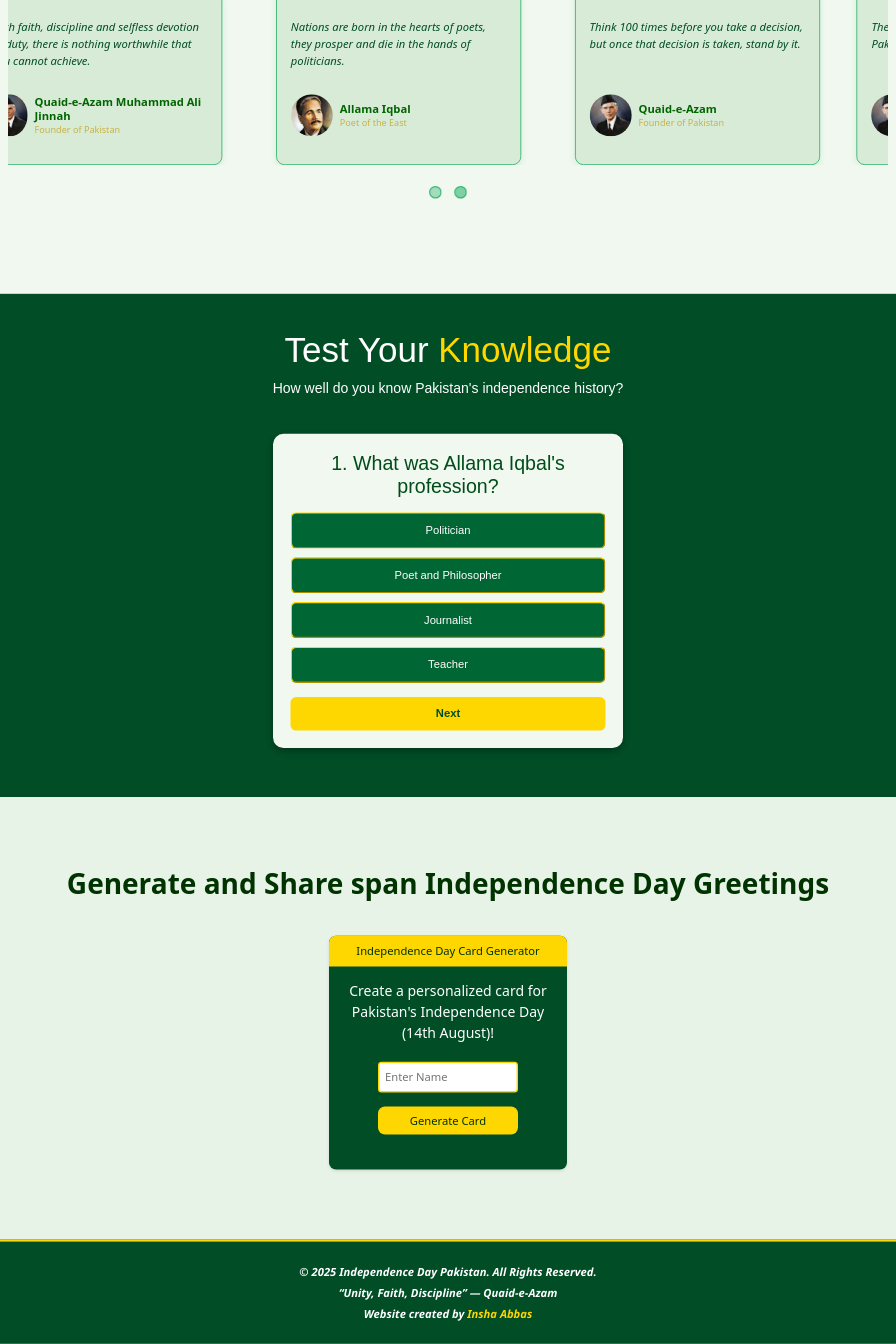
Repository: memonmuhammadali98/Pakistan-Independence-Day
Page: index.html
These files come from the project's save history. The page is drawn as it stood at one moment and after the next save; the edit follows.
The browser window is 1280 px wide. The pictures show the part of the page from y = 4434 to 6354 px (the page is 6354 px tall), at 70% of full size.

Above is the page before, as saved 2025-08-09 21:08:35.

### index.html
<!DOCTYPE html>
<html lang="en">

<head>
  <meta charset="UTF-8">
  <meta name="viewport" content="width=device-width, initial-scale=1.0">
  <title>Independence Day</title>
  <!-- External CSS -->
  <link rel="stylesheet" href="./style.css">
  <!-- Bootstrap CDN -->
  <link href="https://cdn.jsdelivr.net/npm/bootstrap@5.3.7/dist/css/bootstrap.min.css" rel="stylesheet"
    integrity="sha384-LN+7fdVzj6u52u30Kp6M/trliBMCMKTyK833zpbD+pXdCLuTusPj697FH4R/5mcr" crossorigin="anonymous">
  <script src="https://cdn.jsdelivr.net/npm/bootstrap@5.3.7/dist/js/bootstrap.bundle.min.js"
    integrity="sha384-ndDqU0Gzau9qJ1lfW4pNLlhNTkCfHzAVBReH9diLvGRem5+R9g2FzA8ZGN954O5Q"
    crossorigin="anonymous"></script>
    <!-- For PDF Download -->
    <script src="https://cdnjs.cloudflare.com/ajax/libs/jspdf/2.5.1/jspdf.umd.min.js"></script>
</head>

<body>
  <!-- Navbar Starts -->
  <nav class="navbar navbar-expand-lg navbar">
    <div class="container-fluid">
      <a class="navbar-brand" href="#">
        <img src="./Assets/logo-removebg-preview (1).png" alt="Logo" width="70px" height="50px">
      </a>
      <button class="navbar-toggler" type="button" data-bs-toggle="collapse" data-bs-target="#navbarSupportedContent"
        aria-controls="navbarSupportedContent" aria-expanded="false" aria-label="Toggle navigation">
        <span class="navbar-toggler-icon"></span>
      </button>
      <div class="collapse navbar-collapse" id="navbarSupportedContent">
        <ul class="navbar-nav me-auto ms-auto gap-5 mb-2 mb-lg-0 f-s-5">
          <li class="nav-item">
            <a class="nav-link active" aria-current="page" href="#">Home</a>
          </li>
          <li class="nav-item">
            <a class="nav-link active" href="#">About</a>
          </li>
          <li class="nav-item">
            <a class="nav-link active" aria-disabled="true">History</a>
          </li>
          <li class="nav-item">
            <a class="nav-link active" aria-disabled="true">Gallery</a>
          </li>
          <li class="nav-item">
            <a class="nav-link active" aria-disabled="true">Stories</a>
          </li>
        </ul>
        <form class="d-flex" role="search">
          <button class="btn" type="submit">Generate Card</button>
        </form>
      </div>
    </div>
  </nav>
  <!-- Navbar Ends -->

  <!-- HERO SECTION STARTS -->
  <section class="hero-section">
    <div class="hero-text">
      <h1>Celebrating Freedom Honoring <span style="color: gold;">Sacrifice</span></h1>
      <p>On this 14th August, let's remember the heroes who gave us independence and strive for a better Pakistan.</p>
      <button>Explore Our Journey</button>
    </div>
    <div class="hero-img">
      <img src="./Assets/hero-img.png" alt="Hero img" class="hero-img-1">
      <!-- <img src="./Assets/hero-img-2.png" alt="Hero img 2" class="Hero-img-2">
      <img src="./Assets/Hero-img-3.png" alt="Hero img 3" class="Hero-img-3"> -->
    </div>
  </section>
  <!-- HERO SECTION ENDS -->

  <!-- ABOUT SECTION STARTS -->
  <section class="about-section">
    <h2>About <span style="color: gold;">Pakistan</span></h2>
    <div class="about-container">
      <div class="about-img">
        <div class="flag-wrapper">
          <div class="flag">
            <div class="white-part"></div>
            <div class="green-part">
              <div class="crescent"></div>
              <div class="star"></div>
            </div>
          </div>
        </div>
      </div>
      <div class="about-text">
        <p>
          Pakistan is a country rich in history, culture, and natural beauty. From the majestic mountains of the north
          to the vast deserts in the south, it is a land of diversity and tradition. The people of Pakistan are known
          for their hospitality, resilience, and deep-rooted values. With a vision for progress and unity, Pakistan
          continues to grow while honoring its heritage and identity.
        </p>
      </div>
    </div>
  </section>
  <!-- ABOUT SECTION ENDS -->

  <!-- HISTORY SECTION STARTS -->
  <section class="history-section">
    <h2>Pakistan's Historical <span style="color: gold;">Journey</span></h2>
    <div class="timeline">

      <div class="timeline-item">
        <span class="year">1857 🔥</span>
        <h3>First War of Independence</h3>
        <p>The First War of Independence began, igniting the spark for freedom from British rule.</p>
      </div>

      <div class="timeline-item">
        <span class="year">1906 🕌</span>
        <h3>Formation of Muslim League</h3>
        <p>The All-India Muslim League was founded to represent Muslim interests in British India.</p>
      </div>

      <div class="timeline-item">
        <span class="year">1940 📜</span>
        <h3>Lahore Resolution</h3>
        <p>The Pakistan Resolution was passed in Lahore, demanding a separate homeland for Muslims.</p>
      </div>

      <div class="timeline-item">
        <span class="year">1947 🕊️</span>
        <h3>Independence of Pakistan</h3>
        <p>Pakistan gained independence on August 14 under the leadership of Quaid-e-Azam Muhammad Ali Jinnah.</p>
      </div>

      <div class="timeline-item">
        <span class="year">1956 📖</span>
        <h3>First Constitution</h3>
        <p>Pakistan became the Islamic Republic by adopting its first constitution on March 23.</p>
      </div>

      <div class="timeline-item">
        <span class="year">1965 ⚔️</span>
        <h3>Second War with India</h3>
        <p>Pakistan and India fought a war over Kashmir, ending with the Tashkent Agreement.</p>
      </div>

      <div class="timeline-item">
        <span class="year">1971 💔</span>
        <h3>Fall of Dhaka</h3>
        <p>The separation of East Pakistan led to the creation of Bangladesh after civil war.</p>
      </div>

      <div class="timeline-item">
        <span class="year">1973 🏛️</span>
        <h3>New Constitution</h3>
        <p>A new constitution was passed, establishing a parliamentary system in Pakistan.</p>
      </div>

      <div class="timeline-item">
        <span class="year">1998 💣</span>
        <h3>Nuclear Tests</h3>
        <p>Pakistan conducted successful nuclear tests in Chaghi, becoming the 7th nuclear power in the world.</p>
      </div>

    </div>
  </section>
  <!-- HISTORY SECTION ENDS -->

  <!-- NATIONAL HERO SECTION STARTS -->
   <section class="national-hero-section">
  <h2>National Heroes of <span style="color: gold;">Pakistan</span></h2>
  <div class="national-hero-cards">

    <div class="national-hero-card">
      <img src="assets/Quaid-img.jpeg" alt="Quaid-e-Azam">
      <h3>Quaid-e-Azam</h3>
      <p class="title">Founder of Pakistan</p>
      <p>Leader of the Pakistan Movement and the first Governor-General of Pakistan.</p>
    </div>

    <div class="national-hero-card">
      <img src="assets/Allama-Iqbal-img.webp" alt="Allama Iqbal">
      <h3>Allama Iqbal</h3>
      <p class="title">Poet of the East</p>
      <p>Visionary who dreamed of Pakistan and inspired the youth with his poetry.</p>
    </div>

    <div class="national-hero-card">
      <img src="assets/fatima-jinnah.jpg" alt="Fatima Jinnah">
      <h3>Fatima Jinnah</h3>
      <p class="title">Mother of the Nation</p>
      <p>Quaid-e-Azam's sister and a strong advocate for women's rights in Pakistan.</p>
    </div>

    <div class="national-hero-card">
      <img src="assets/Liaquat-Ali-Khan-img.jpg" alt="Allama Iqbal">
      <h3>Liaquat Ali Khan</h3>
      <p class="title">First Prime Minister</p>
      <p>He was the first Prime Minister of Pakistan and played a major role in early governance.</p>
    </div>

    <div class="national-hero-card">
      <img src="assets/Sir-Syed-Ahmed-Khan-img.webp" alt="Allama Iqbal">
      <h3>Sir Syed Ahmed Khan</h3>
      <p class="title">Muslim Reformer & Educator</p>
      <p>Founder of Aligarh Movement, he laid the foundation for modern Muslim education in the subcontinent.</p>
    </div>

    <div class="national-hero-card">
      <img src="assets/Abdul-Qadeer-Khan-img.webp" alt="Dr. Abdul Qadeer Khan">
      <h3>Dr. Abdul Qadeer Khan</h3>
      <p class="title">Father of Nuclear Program</p>
      <p>Key figure behind Pakistan's nuclear tests in 1998, ensuring national defense.</p>
    </div>

  </div>
</section>

<!-- Quote Section Starts -->
   <div class="quote-section container-xxl">
      <h2>Famous <span style="color: gold;">Quotes</span></h2>

  <div id="testimonialCarousel" class="carousel slide" data-bs-ride="carousel">

    <div class="carousel-inner" id="carouselContent"></div>

    <div class="carousel-indicators justify-content-center mt-3" id="carouselIndicators"></div>
  </div>


<div id="allTestimonialCards" class="d-none">

            <div class="testi-card-1">
      <div class="testi-para">
        <p>With faith, discipline and selfless devotion to duty, there is nothing worthwhile that you cannot achieve.</p>
      </div>
      <div class="testi-intro">
        <img src="./Assets/Quaid-img.jpeg" alt="pfp" class="testi-pfp">
        <div class="testi-intro-text">
          <h3>Quaid-e-Azam Muhammad Ali Jinnah</h3>
          <span style="color: rgb(198, 178, 68);;">Founder of Pakistan</span>
        </div>
      </div>

    </div>


          <div class="testi-card-1">
      <div class="testi-para">
        <p>Nations are born in the hearts of poets, they prosper and die in the hands of politicians.</p>
      </div>
      <div class="testi-intro">
        <img src="./Assets/Allama-Iqbal-img.webp" alt="pfp" class="testi-pfp">
        <div class="testi-intro-text">
          <h3>Allama Iqbal</h3>
          <span style="color: rgb(198, 178, 68);;">Poet of the East</span>
        </div>
      </div>
     </div>


          <div class="testi-card-1">
      <div class="testi-para">
        <p>Think 100 times before you take a decision, but once that decision is taken, stand by it.</p>
      </div>
      <div class="testi-intro">
        <img src="./Assets/Quaid-img.jpeg" alt="pfp" class="testi-pfp">
        <div class="testi-intro-text">
          <h3>Quaid-e-Azam</h3>
          <span style="color: rgb(198, 178, 68);;">Founder of Pakistan</span>
        </div>
      </div>
     </div>


          <div class="testi-card-1">
      <div class="testi-para">
        <p>There is no power on earth that can undo Pakistan.</p>
      </div>
      <div class="testi-intro">
        <img src="./Assets/Quaid-img.jpeg" alt="pfp" class="testi-pfp">
        <div class="testi-intro-text">
          <h3>Muhammad Ali Jinnah</h3>
          <span style="color: rgb(198, 178, 68);">Founder of Pakistan</span>
        </div>
      </div>
     </div>
</div>
</div>
 <!-- Quote Section Ends -->

<!-- Quiz Section Starts -->
  <section class="quiz-section">
  <div class="quiz-container">
    <h2>Test Your <span style="color: gold;">Knowledge</span></h2>
    <p>How well do you know Pakistan's independence history?</p>

    <div class="quiz-card">
      <h3 id="question">Question text</h3>
      <div id="options" class="options"></div>

      <button id="next-btn" class="next-btn">Next</button>
    </div>

    <div id="result-box" class="result-box hidden">
      <h3>Your Score: <span id="score"></span>/10</h3>
      <p id="remarks"></p>
      <input type="text" id="username" placeholder="Enter your name" />
      <button id="certificate-btn" class="next-btn">Download Certificate</button>
    </div>
  </div>
</section>
<!-- Quiz Section Ends -->

<!-- Card Section Starts -->
 <section class="card-section">
  <h2>Generate and Share span
    Independence Day Greetings</h2>
        <div class="generator-section">
            <div class="header">Independence Day Card Generator</div>
            <p>Create a personalized card for Pakistan's Independence Day (14th August)!</p>
            <input type="text" id="nameInput" placeholder="Enter Name" class="card-input">
            <button onclick="generateCard()" class="card-btn">Generate Card</button>
            <div class="cards-container" id="cardsContainer"></div>
        </div>
    </section>
<!-- Card Section Ends -->

<!-- Footer Section Starts -->
<footer class="footer">
  <div class="footer-container">
    <p>© 2025 Independence Day Pakistan. All Rights Reserved.</p>
    <p>“Unity, Faith, Discipline” — Quaid-e-Azam</p>
    <p>Website created by <strong style="color: gold;">Insha Abbas</strong></p>
  </div>
</footer>
<!-- Footer Section Ends -->













<!-- Famous Quotes Section Starts -->
  <script>
    <!-- Testimonial JS Starts -->
function getCardsPerSlide() {
  if (window.innerWidth >= 992) return 3; // large screen
  if (window.innerWidth >= 768) return 2; // medium
  return 1; // small
}

function buildCarousel() {
  const allCards = Array.from(document.querySelectorAll('#allTestimonialCards .testi-card-1'));
  const carouselInner = document.getElementById('carouselContent');
  const indicators = document.getElementById('carouselIndicators');
  const cardsPerSlide = getCardsPerSlide();

  carouselInner.innerHTML = '';
  indicators.innerHTML = '';

  let slides = [];

  if (cardsPerSlide === 3 && allCards.length === 4) {
    // Large screen: avoid solo card
    slides = [
      [0, 1, 2], // Slide 1
      [3, 0, 1]  // Slide 2
    ];
  } else {
    // Normal grouping
    for (let i = 0; i < allCards.length; i += cardsPerSlide) {
      const group = [];
      for (let j = 0; j < cardsPerSlide; j++) {
        const index = i + j;
        if (index < allCards.length) {
          group.push(index);
        }
      }
      slides.push(group);
    }
  }

  slides.forEach((group, slideIndex) => {
    const slide = document.createElement('div');
    slide.classList.add('carousel-item');
    if (slideIndex === 0) slide.classList.add('active');

    const row = document.createElement('div');
    row.classList.add('row', 'g-4' ,'justify-content-center');

    group.forEach(index => {
      const col = document.createElement('div');
      if (cardsPerSlide === 3) {
  col.className = 'col-lg-4';
} else if (cardsPerSlide === 2) {
  col.className = 'col-md-6';
} else {
  col.className = 'col-12 d-flex justify-content-center'; // ✅ fix for small screens
}
      col.appendChild(allCards[index].cloneNode(true));
      row.appendChild(col);
    });

    slide.appendChild(row);
    carouselInner.appendChild(slide);

    const dot = document.createElement('button');
    dot.setAttribute('type', 'button');
    dot.setAttribute('data-bs-target', '#testimonialCarousel');
    dot.setAttribute('data-bs-slide-to', slideIndex);
    dot.setAttribute('aria-label', `Slide ${slideIndex + 1}`);
    if (slideIndex === 0) {
      dot.classList.add('active');
      dot.setAttribute('aria-current', 'true');
    }
    indicators.appendChild(dot);
  });
}

window.addEventListener('DOMContentLoaded', buildCarousel);
window.addEventListener('resize', buildCarousel);
  </script>
<!-- Famous Quotes Section Ends -->

<!-- Quiz Section Starts -->
  <script>
    const questions = [
  { q: "What was Allama Iqbal's profession?", options: ["Politician", "Poet and Philosopher", "Journalist", "Teacher"], answer: 1 },
  { q: "When did Pakistan gain independence?", options: ["14 August 1947", "23 March 1940", "14 August 1950", "15 August 1947"], answer: 0 },
  { q: "Who was the founder of Pakistan?", options: ["Liaquat Ali Khan", "Allama Iqbal", "Muhammad Ali Jinnah", "Sir Syed Ahmed Khan"], answer: 2 },
  { q: "Which city is the capital of Pakistan?", options: ["Karachi", "Islamabad", "Lahore", "Quetta"], answer: 1 },
  { q: "What is the national language of Pakistan?", options: ["Punjabi", "Urdu", "Sindhi", "Pashto"], answer: 1 },
  { q: "What is Pakistan's national flower?", options: ["Rose", "Lily", "Jasmine", "Tulip"], answer: 2 },
  { q: "When was the first constitution of Pakistan enforced?", options: ["1956", "1949", "1973", "1962"], answer: 0 },
  { q: "Which sea borders Pakistan?", options: ["Red Sea", "Caspian Sea", "Arabian Sea", "Black Sea"], answer: 2 },
  { q: "Who was the first Prime Minister of Pakistan?", options: ["Liaquat Ali Khan", "Ayub Khan", "Zulfikar Ali Bhutto", "Yahya Khan"], answer: 0 },
  { q: "What is Pakistan's national sport?", options: ["Hockey", "Cricket", "Football", "Kabaddi"], answer: 0 }
];

let currentQ = 0;
let score = 0;
let selectedOption = null;

const questionEl = document.getElementById("question");
const optionsEl = document.getElementById("options");
const nextBtn = document.getElementById("next-btn");
const resultBox = document.getElementById("result-box");
const scoreEl = document.getElementById("score");
const remarksEl = document.getElementById("remarks");
const certificateBtn = document.getElementById("certificate-btn");

function loadQuestion() {
  const q = questions[currentQ];
  questionEl.textContent = `${currentQ + 1}. ${q.q}`;
  optionsEl.innerHTML = "";
  q.options.forEach((opt, index) => {
    const btn = document.createElement("button");
    btn.textContent = opt;
    btn.classList.add("option-btn");
    btn.onclick = () => selectOption(index, btn);
    optionsEl.appendChild(btn);
  });
}

function selectOption(index, button) {
  selectedOption = index;
  document.querySelectorAll(".option-btn").forEach(btn => btn.classList.remove("selected"));
  button.classList.add("selected");
}

nextBtn.onclick = () => {
  if (selectedOption === null) return alert("Please select an option!");
  if (selectedOption === questions[currentQ].answer) score++;
  selectedOption = null;
  currentQ++;
  if (currentQ < questions.length) {
    loadQuestion();
  } else {
    showResult();
  }
};

function showResult() {
  document.querySelector(".quiz-card").classList.add("hidden");
  resultBox.classList.remove("hidden");
  scoreEl.textContent = score;
  remarksEl.textContent = score >= 8 ? "Excellent! You know your history well!" :
                          score >= 5 ? "Good job! But there's more to learn." :
                          "Keep learning about Pakistan's history!";
}

certificateBtn.onclick = () => {
  const name = document.getElementById("username").value.trim();
  if (!name) return alert("Please enter your name!");
  generateCertificate(name, score);
};

function generateCertificate(name, score) {
  const { jsPDF } = window.jspdf;
  const doc = new jsPDF("landscape", "mm", "a4");

  // Colors
  const green = [0, 102, 51];
  const gold  = [255, 215, 0];
  const white = [255, 255, 255];

  // Page background
  doc.setFillColor(...green);
  doc.rect(0, 0, 297, 210, "F");

  // Gold border
  doc.setDrawColor(...gold);
  doc.setLineWidth(4);
  doc.rect(5, 5, 287, 200);

  // Title
  doc.setFont("helvetica", "bold");
  doc.setFontSize(32);
  doc.setTextColor(...gold);
  doc.text("Certificate of Achievement", 148.5, 50, { align: "center" });

  // Subtitle
  doc.setFontSize(18);
  doc.setTextColor(...white);
  doc.text("This is proudly presented to", 148.5, 70, { align: "center" });

  // Name
  doc.setFont("times", "bold");
  doc.setFontSize(26);
  doc.setTextColor(...gold);
  doc.text(name, 148.5, 90, { align: "center" });

  // Achievement text
  doc.setFont("helvetica", "normal");
  doc.setFontSize(16);
  doc.setTextColor(...white);
  doc.text(
    "For successfully completing the Pakistan Independence Day Quiz",
    148.5,
    110,
    { align: "center", maxWidth: 240 }
  );
  doc.text(`Score: ${score}/10`, 148.5, 125, { align: "center" });

  // Remarks
  let remark =
    score >= 8 ? "Excellent knowledge of Pakistan's history!" :
    score >= 5 ? "Good effort! Keep learning more." :
                 "Needs improvement. Keep studying!";
  doc.setFontSize(14);
  doc.setTextColor(...white);
  doc.text(remark, 148.5, 140, { align: "center" });

  // Date (only once)
  const today = new Date();
  // ordinal helper (optional)
  const ordinal = (n) => {
    const s = ["th","st","nd","rd"], v = n % 100;
    return n + (s[(v - 20) % 10] || s[v] || s[0]);
  };
  const dateStr = `${ordinal(today.getDate())} ${today.toLocaleString('en-GB', { month: 'long' })} ${today.getFullYear()}`;

  doc.setFontSize(12);
  doc.setTextColor(200, 200, 200);
  doc.text(`Issued on ${dateStr}`, 148.5, 190, { align: "center" });

  // Decorative stamp (right side)
  // Decorative stamp (right side) with today's date
const day   = today.getDate().toString().padStart(2, "0");
const month = today.toLocaleString('en-GB', { month: 'short' }).toUpperCase();

doc.setFillColor(...gold);
doc.circle(260, 150, 15, "F");
doc.setFontSize(10);
doc.setTextColor(...green);
doc.text(`${day} ${month}`, 260, 150, { align: "center", baseline: "middle" });

  // Optionally add a watermark image (flag) - see note below
  // doc.addImage(flagBase64, 'PNG', 20, 30, 120, 120, undefined, 'FAST');

  // Save PDF
  doc.save(`${name}-certificate.pdf`);
}

loadQuestion();

  </script>
<!-- Quiz Section Ends -->

<!-- Card Section Starts -->
 <script src="https://html2canvas.hertzen.com/dist/html2canvas.min.js"></script>
   <script>
    function generateCard() {
    const name = document.getElementById('nameInput').value.trim();
    if (!name) {
        alert('Please enter a name!');
        return;
    }

    const cardsContainer = document.getElementById('cardsContainer');
    const existingCard = cardsContainer.querySelector('.card');

    if (existingCard) {
        // Update the existing card's name and re-attach download button event
        existingCard.querySelector('.wish-heading').innerHTML = `Happy Independence Day <span style="color: gold;">${name}!</span>`;
    } else {
        // Create a new card div
        const card = document.createElement('div');
        card.classList.add('card');

        card.innerHTML = `
            <div class="flag-wrapper">
                <div class="flag">
                    <div class="white-part"></div>
                    <div class="green-part">
                        <div class="crescent"></div>
                        <div class="star"></div>
                    </div>
                </div>
            </div>
            <h3 class="wish-heading">Happy Independence Day <span style="color: gold;">${name}!</span></h3>
            <p class="wish-para">Celebrate the spirit of freedom and unity on this special day. Let's honor the sacrifices of our heroes.</p>
            <p class="wish-para">"Unity, Faith, Discipline" Quaid-e-Azam</p>
        `;

        // Create download button and attach event listener
        const downloadBtn = document.createElement('button');
        downloadBtn.className = 'download-btn';
        downloadBtn.textContent = 'Download Card';
        downloadBtn.addEventListener('click', () => downloadCard(card, name, downloadBtn));

        card.appendChild(downloadBtn);
        cardsContainer.appendChild(card);
    }

    // If card exists and you want to update the download button handler with new name:
    if (existingCard) {
        const downloadBtn = existingCard.querySelector('.download-btn');
        // Remove old listeners by cloning button
        const newDownloadBtn = downloadBtn.cloneNode(true);
        downloadBtn.replaceWith(newDownloadBtn);
        newDownloadBtn.addEventListener('click', () => downloadCard(existingCard, name, newDownloadBtn));
    }

    document.getElementById('nameInput').value = '';

    function downloadCard(cardElement, name, button) {
    button.classList.add('hidden');
    html2canvas(cardElement).then(canvas => {
        const link = document.createElement('a');
        link.download = `independence_day_card_${name}_${Date.now()}.png`;
        link.href = canvas.toDataURL('image/png');
        link.click();
        button.classList.remove('hidden');
    });
}

}

   </script>
<!-- Card Section Ends -->


</body>

</html>

Loaded but not shown: style.css (719 lines, source omitted)

After the next save:
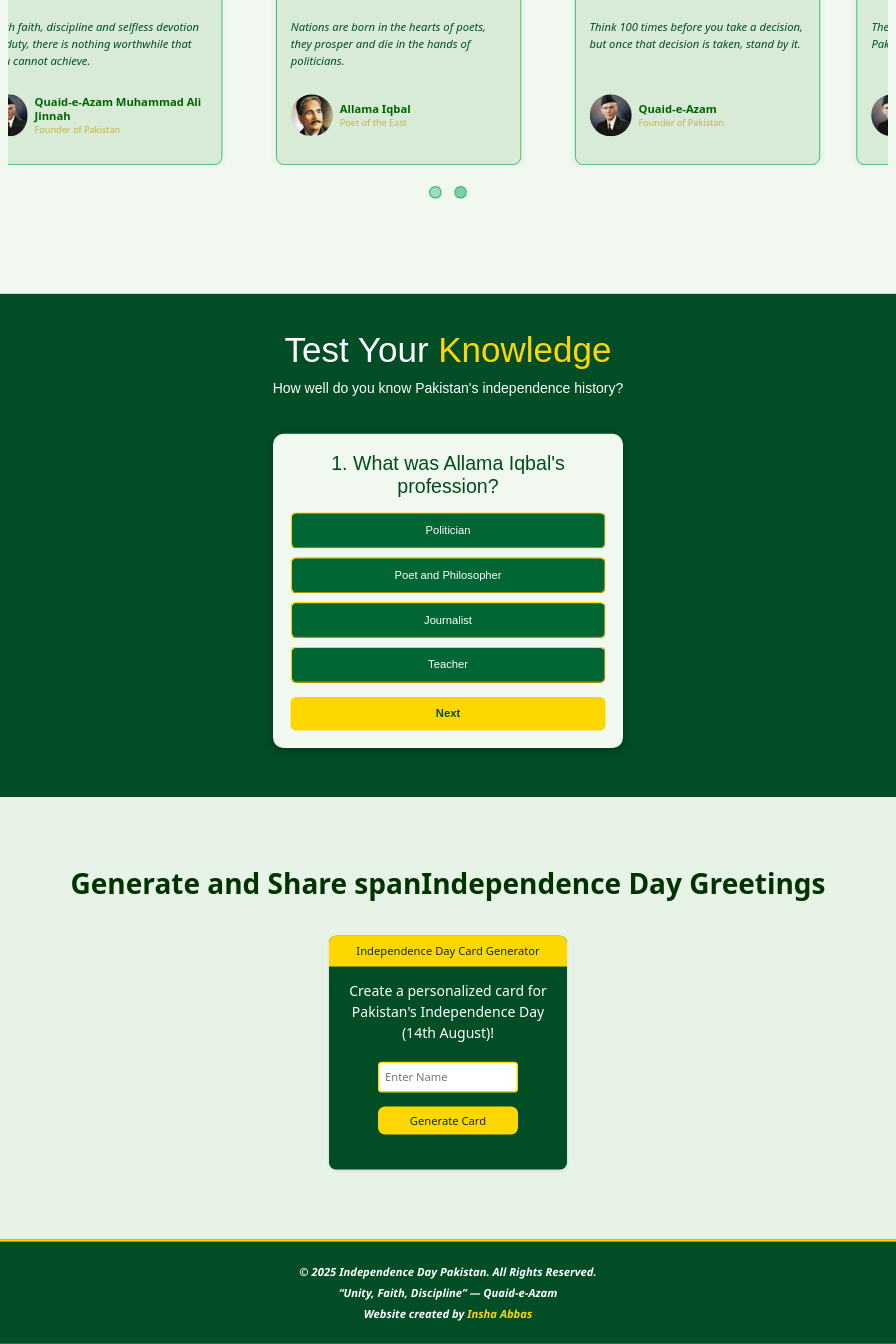
Saved 4 s later.
--- a/index.html
+++ b/index.html
@@ -307,8 +307,7 @@
 
 <!-- Card Section Starts -->
  <section class="card-section">
-  <h2>Generate and Share span
-    Independence Day Greetings</h2>
+  <h2>Generate and Share spanIndependence Day Greetings</h2>
         <div class="generator-section">
             <div class="header">Independence Day Card Generator</div>
             <p>Create a personalized card for Pakistan's Independence Day (14th August)!</p>
